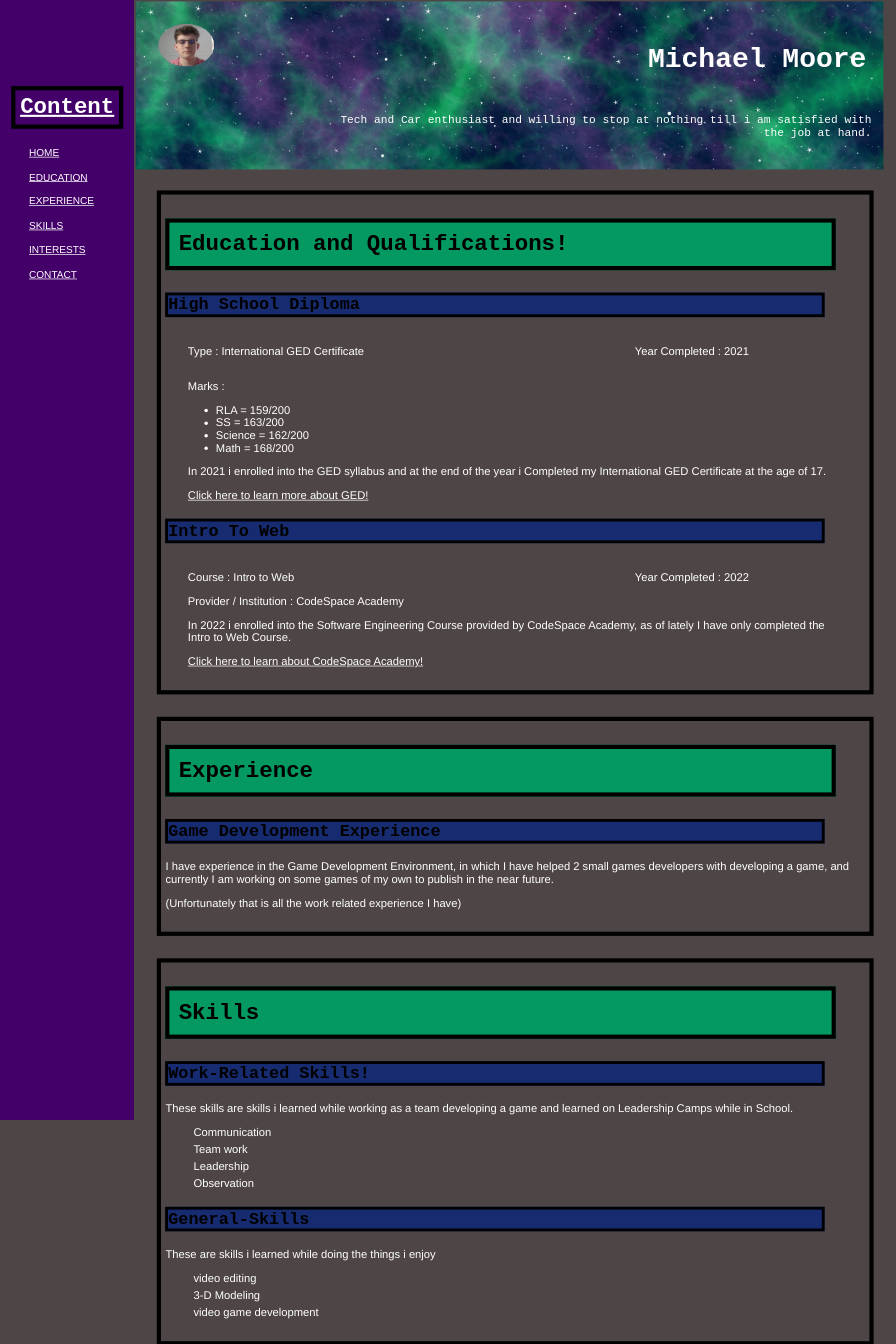
Repository: MikeMoore55/MichaelMooreResumeProject
Page: Resume.html
These files come from the project's save history. The page is drawn as it stood at one moment and after the next save; the edit follows.
The browser window is 1280 px wide. The pictures show the part of the page from y = 0 to 1920 px (the page is 2882 px tall), at 70% of full size.

Above is the page before, as saved 2022-02-12 12:23:33.

### Resume.html
<!DOCTYPE html>
<html lang="en">
<head>

    <meta charset="UTF-8">
    <meta http-equiv="X-UA-Compatible" content="IE=edge">
    <meta name="viewport" content="width=device-width, initial-scale=1.0">
    <title>MichaelMooreResume</title>
    <link rel="stylesheet" type="text/css" href="css/stylesheet.css">

</head>

<body>

    <header id="home">

        <img id="profilePic" src="/images/WIN_20220212_12_21_20_Pro (2).jpg" alt="Picture of Michael Moore">

        <h1 id="name">
            Michael Moore
        </h1>

        <p id="personalDiscrition">
            Tech and Car enthusiast and willing to stop at nothing till i am satisfied with the job at hand.
        </p>

    </header>


    <nav>

        <div id="nav-container">

            <h2>
                Content
            </h2>

            <ol id="nav-list">
                <li id="navList-style"><a class="nav-link" href="#home"> HOME</a></li>
                <li id="navList-style"><a class="nav-link" href="#education">EDUCATION</a></li>
                <li id="navList-style"><a class="nav-link" href="#experience">EXPERIENCE</a></li>
                <li id="navList-style"><a class="nav-link" href="#skill">SKILLS</a></li>
                <li id="navList-style"><a class="nav-link" href="#intrest">INTERESTS</a></li>
                <li id="navList-style"><a class="nav-link" href="#contact">CONTACT</a></li>
            </ol>

        </div>

    </nav>


    <section>
        <article>

            <!-- [to michael] this is the education section -->

            <div id="education" class="content-box">

                <h3>
                    Education and Qualifications!
                </h3>

                <h4>
                    High School Diploma
                </h4>

                <div id="highschoolcontent-container">

                    <p id="type-container" > Type : International GED Certificate</p>

                    <p id="year-container" >Year Completed : 2021</p>

                </div>

                <div class="Second-box" > Marks :
                        <ul>
                            <li>RLA = 159/200</li>
                            <li>SS = 163/200</li>
                            <li>Science = 162/200</li>
                            <li>Math = 168/200</li>
                        </ul>
                </div>

                <p class="EducationDescription-container">
                        In 2021 i enrolled into the GED syllabus and at the end of the year i Completed my International GED Certificate at the age of 17.
                </p>

                <p>
                    <a id="GedLink" href="https://ged.com/blog/what-is-a-ged/" target="_blank">Click here to learn more about GED!</a>
                </p>

                <h4>
                    Intro To Web
                </h4>

                <div id="Course-container">

                    <p id="typeCourse-container">Course : Intro to Web</p>
                    <p id="CourseYear-container">Year Completed : 2022</p>

                </div>

                <p class="Second-box">
                    Provider / Institution : CodeSpace Academy
                </p>

                <p class="EducationDescription-container">
                        In 2022 i enrolled into the Software Engineering Course provided by CodeSpace Academy, as of lately I have only completed the Intro to Web Course.
                </p>

                <p>
                    <a id="CodeSpaceLink" href="https://codespace.co.za/course/software-engineering/" target="_blank">Click here to learn about CodeSpace Academy!</a>
                </p>

            </div>

            <!-- [to michael] this is the experience section -->

            <div id="experience" class="content-box">

                <h3>
                    Experience
                </h3>

                <h4>
                        Game Development Experience
                </h4>

                <p>
                I have experience in the Game Development Environment, in which I have helped 2 small games developers with developing a game, and currently I am working on some games of my own to publish in the near future.
                </p>

                <p>
                    (Unfortunately that is all the work related experience I have)
                </p>

            </div>

            <!-- [to michael] this is skills section -->

            <div id="skill" class="content-box">

                <h3>
                    Skills
                </h3>

                <h4>Work-Related Skills!</h4>

                <p>
                    These skills are skills i learned while working as a team developing a game and learned on Leadership Camps while in School.
                    <ul>
                        <li id="skills-List" >Communication</li>
                        <li id="skills-List" >Team work</li>
                        <li id="skills-List" >Leadership</li>
                        <li id="skills-List" >Observation</li>
                    </ul>
                </p>

                <h4>General-Skills</h4>

                <p>
                    These are skills i learned while doing the things i enjoy
                    <ul>
                        <li id="skills-List" >video editing</li>
                        <li id="skills-List" >3-D Modeling</li>
                        <li id="skills-List" >video game development</li>
                    </ul>
                </p>

            </div>

            <!-- [to michael] this is the skills section -->

            <div id="intrest" class="content-box">

                <h3>
                    Interests
                </h3>

                <p>
                    <ul>
                        <li id="intrest-List" >Cars</li>
                        <li id="intrest-List" >Technology</li>
                        <li id="intrest-List" >AI</li>
                        <li id="intrest-List" >Robotics</li>
                        <li id="intrest-List" >Gaming</li>
                        <li id="intrest-List" >Game Development</li>
                    </ul>
                </p>

            </div>
        </article>

    </section>


    <footer id="contact">

        <div id="footerHeadings-container">

            <h5 id="contact-style">Contact me here:</h5>

            <h5 id="social-style">Follow the socials here:</h5>

        </div>

        <div id="contactANDsocialDetails-container">

            <div id="contactDeatils-container">

                <a href="mailto:michaelwillemmoore@gmail.com" target="_blank" >
                <img id="linkImg-mail" src="/images/mail.jpeg.png" alt="email me michaelwillemmoore@gmail.com">
                </a>

                <a href="tel:+27792363841" target="_blank" >
                <img id="linkImg-phone" src="/images/smartphone-5484616.png" alt="phone me 079 236 3841">
                </a>

            </div>

            <div id="socialDetails-container">

                <a href="https://www.instagram.com/the1theonly_michaelmoore/" target="_blank" >
                <img id="linkImg-instagram" src="/images/instagram.jpeg.png" alt="instagram at the1theonly_michaelmoore">
                </a>


                <a href="https://www.linkedin.com/in/michael-moore-66a249231/" target="_blank" >
                <img id="linkImg-linkdin" src="/images/linkden.jpeg.png" alt="linkedin at Michael Moore">
                </a>

            </div>

        </div>

    </footer>

</body>

</html>

### css/stylesheet.css
*{box-sizing: border-box;}

body{
    background-color: rgb(78, 70, 70);
}

header{
    background-image: url(../images/stars-1014109.jpg);
    background-size: cover;
    position: absolute;
    z-index: 0;
    left: 12em;
    top: 0;
    right: 0;
    width: 66.8em;
    height: 15em;
    margin: .1em .1em .1em .1em;
}

#profilePic{
    border-radius: 50%;
    width: 5em;
    margin: 2em 2em 2em 2em;
}

#name {
    position: absolute;
    left: 18em;
    top: 0em;
    color: white;
    font-family: 'Courier New', Courier, monospace;
    font-size: 2.5em;
    text-align: right;
    margin: 1em .1em .1em .1em;
    padding: .5em .2em .5em .2em;
}

#personalDiscrition{
    position: absolute;
    left: 17em;
    top: 9.5em;
    color: white;
    font-family: 'Courier New', Courier, monospace;
    font-size: 1em;
    text-align: right;
    margin: .1em .9em .1em .1em;
    padding: .5em .2em .5em .2em;
}


/*the nav-container to shape and size*/
#nav-container{
    background-color: rgb(67, 0, 105);
    position: fixed;
    z-index: 0;
    left: 0;
    top: 0;
    bottom: 0;
    height: 100em;
    width: 12em;
    margin: 0 0 0 0;
    padding: 0 0 0 0;

}

/* heading in nav */
h2{
    position: relative;
    top:3em;
    color: rgb(255, 255, 255);
    font-family: 'Courier New', Courier, monospace;
    font-size: 2em;
    text-align: center;
    margin-bottom: 2em;
    margin-left: .5em;
    margin-right: .5em;
    border: solid 0.2em black;
    padding: .2em .2em .2em .2em;
    text-decoration-line: underline;
}



#nav-list{
    position: relative;
    top: 4em;
    color: white;
    list-style: none;
    font-family: 'Franklin Gothic Medium', 'Arial Narrow', Arial, sans-serif;
    font-size: 0.9em;
    text-align: left;

}

#navList-style {
    margin-bottom: 1.3em;
    margin-right: 3em;
    margin-left: .1em;
    text-align: left;

}

.nav-link{
    color: rgb(255, 255, 255);

}

.nav-link:hover{
    background-color: rgb(250, 250, 250);
    color: rgb(0, 0, 0);
    font-size: 1.5em;
    border: solid 0.1em black;
    padding: .1em .1em .1em .1em;
    margin-right: 1em;
    margin-left: -0.5em;
}

section{
    position: absolute;
    top: 15em;
    left: 12em;
    bottom: 15em;
}

.content-box{
    margin: 2em 2em 2em 2em;
    border: solid .4em black;
    padding: .1em 1em 1em .4em;
}

h3{
    background-color: rgb(4, 153, 96);
    margin: 1em 1em 1em 0;
    padding:.4em .4em .4em .4em;
    border: solid .2em black;
    font-size: 2em;
    font-family: 'Courier New', Courier, monospace;
}

h4{
    background-color: rgb(23, 44, 112);
    margin: 1em 2em 1em 0;
    border: solid .2em black;
    font-family: 'Courier New', Courier, monospace;
    font-size: 1.5em;

}

#GedLink {
    color: white;
    font-family: 'Franklin Gothic Medium', 'Arial Narrow', Arial, sans-serif;
    font-size: 1em;
    margin: 2em;
}

#GedLink:hover{
    background-color: rgb(171, 38, 175);
    color: rgb(245, 245, 245);
    font-size: 1.2em;
    font-family: 'Franklin Gothic Medium', 'Arial Narrow', Arial, sans-serif;
    border: solid 0.1em rgb(255, 253, 253);
    padding: .1em .1em .1em .1em;

}

#CodeSpaceLink{
    color: white;
    font-family: 'Franklin Gothic Medium', 'Arial Narrow', Arial, sans-serif;
    font-size: 1em;
    margin: 2em;
}

#CodeSpaceLink:hover{
    background-color: rgb(171, 38, 175);
    color: rgb(245, 245, 245);
    font-size: 1.2em;
    font-family: 'Franklin Gothic Medium', 'Arial Narrow', Arial, sans-serif;
    border: solid 0.1em rgb(240, 240, 240);
    padding: .1em .1em .1em .1em;
}

#highschoolcontent-container{
    display: flex;
    flex-flow: row wrap;
    color: white;
    font-family: 'Franklin Gothic Medium', 'Arial Narrow', Arial, sans-serif;
    font-size: 1em;
    justify-content: space-between;
}

#type-container{
     flex: 2;
     padding: 1em, 2em, 1em, 2em;
     margin: 1em 2em 1em 2em;
}

#year-container{
    flex: 1;
    padding: 1em, 2em, 1em, 2em;
    margin: 1em 2em 1em 2em;
}
/* this second box is used for the list under "highschool diploma" and "intro to web" under the education part to keep them in line */
.Second-box{
     padding: 1em, 2em, 1em, 2em;
     margin: 1em 2em 1em 2em;
     font-size: 1em;
     font-family: 'Franklin Gothic Medium', 'Arial Narrow', Arial, sans-serif;
     color: white;
}
/* this education description container is used for the list under "highschool diploma" and "intro to web" under the education part because they both contain the same type of info to keep them in line  */
.EducationDescription-container{
    padding: 1em, 2em, 1em, 2em;
    margin: 1em 2em 1em 2em;
    font-size: 1em;
    font-family: 'Franklin Gothic Medium', 'Arial Narrow', Arial, sans-serif;
    color: white;
}

#Course-container{
    display: flex;
    flex-flow: row wrap;
    color: white;
    font-family: 'Franklin Gothic Medium', 'Arial Narrow', Arial, sans-serif;
    font-size: 1em;
    justify-content: space-between;

 }

#CourseYear-container{
    flex: 1;
    padding: 1em, 2em, 0em, 2em;
    margin: 1em 2em 0em 2em;
}

#typeCourse-container{
    flex: 2;
    padding: 1em, 2em, 0em, 2em;
    margin: 1em 2em 0em 2em;
}

p {
    color: white;
    font-family: 'Franklin Gothic Medium', 'Arial Narrow', Arial, sans-serif;
    font-size: 1em;
}

#skills-List{
    list-style: none;
    color: white;
    font-family: 'Franklin Gothic Medium', 'Arial Narrow', Arial, sans-serif;
    font-size: 1em;
    margin-bottom: .4em;
}

#intrest-List {
    list-style: none;
    color: white;
    font-family: 'Franklin Gothic Medium', 'Arial Narrow', Arial, sans-serif;
    font-size: 1em;
    margin-bottom: .6em;
}

footer{
    background-image: url(../images/stars-1014109.jpg);
    background-size: cover;
    position: absolute;
    z-index: 0;
    left: 12em;
    bottom: 0;
    right: 0;
    top: 165em;
    width: 66.8em;
    height: 15em;
    padding: .1em .1em 1em .1em;
    margin: .1em .1em .1em .1em;
}

#footerHeadings-container{
    display: flex;
    flex-flow: row wrap;
}

#contact-style{
    flex: 1;
    color: white;
    text-decoration-line: underline;
    font-family: 'Courier New', Courier, monospace;
    font-size: 100%;
    padding: 1em 2em 1em 2em;
    margin: 1em 3em .3em 1em;
}

#social-style{
    flex: 1;
    color: white;
    text-decoration-line: underline;
    font-family: 'Courier New', Courier, monospace;
    font-size: 100%;
    padding: 1em 2em 1em 2em;
    margin: 1em 1em .3em 16em;
}

#contactANDsocialDetails-container{
    display: flex;
    flex-flow: row wrap;
}

#contactDeatils-container{
    flex: 3;
    display: flex;
    flex-flow: row wrap;
    margin: 0em 1em 0em 1em;
}

#linkImg-mail{
    flex: 1;
    border-radius: 50%;
    width: 5em;
    margin: 2em 2em 2em 2em;
}

#linkImg-phone{
    flex: 2;
    border-radius: 50%;
    width: 5em;
    margin: 2em 2em 2em 2em;
}

#socialDetails-container{
    flex: 2;
    display: flex;
    flex-flow: row wrap;
    margin: 0em 1em 0em 8em;
}

#linkImg-instagram{
    flex: 1;
    border-radius: 50%;
    width: 5em;
    margin: 2em 2em 2em 2em;
}

#linkImg-linkdin{
    flex: 2;
    border-radius: 50%;
    width: 5em;
    margin: 2em 2em 2em 2em;
}

After the next save:
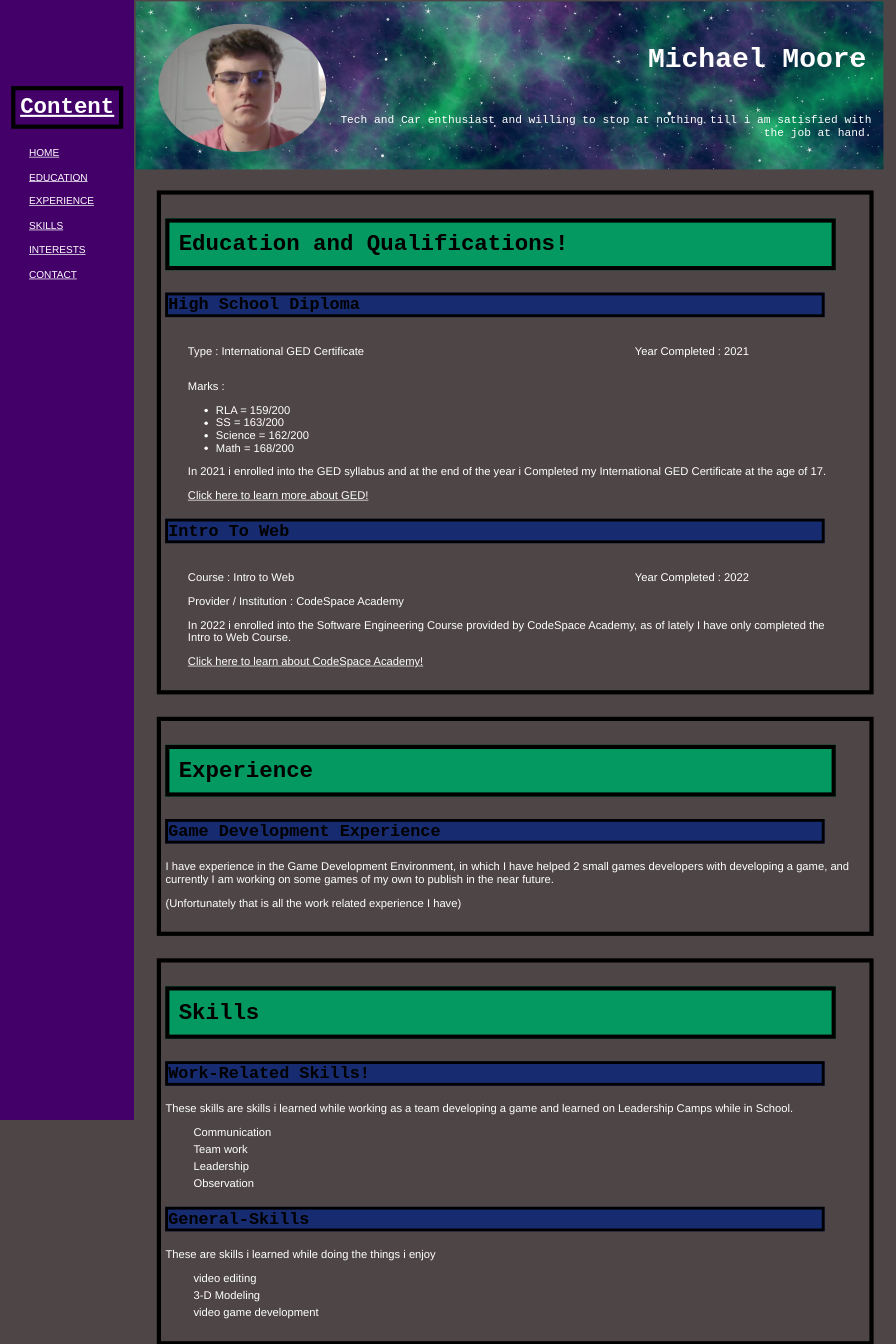
Saved 12 s later.
--- a/css/stylesheet.css
+++ b/css/stylesheet.css
@@ -19,7 +19,7 @@ header{
 
 #profilePic{
     border-radius: 50%;
-    width: 5em;
+    width: 15EM;
     margin: 2em 2em 2em 2em;
 }
 
